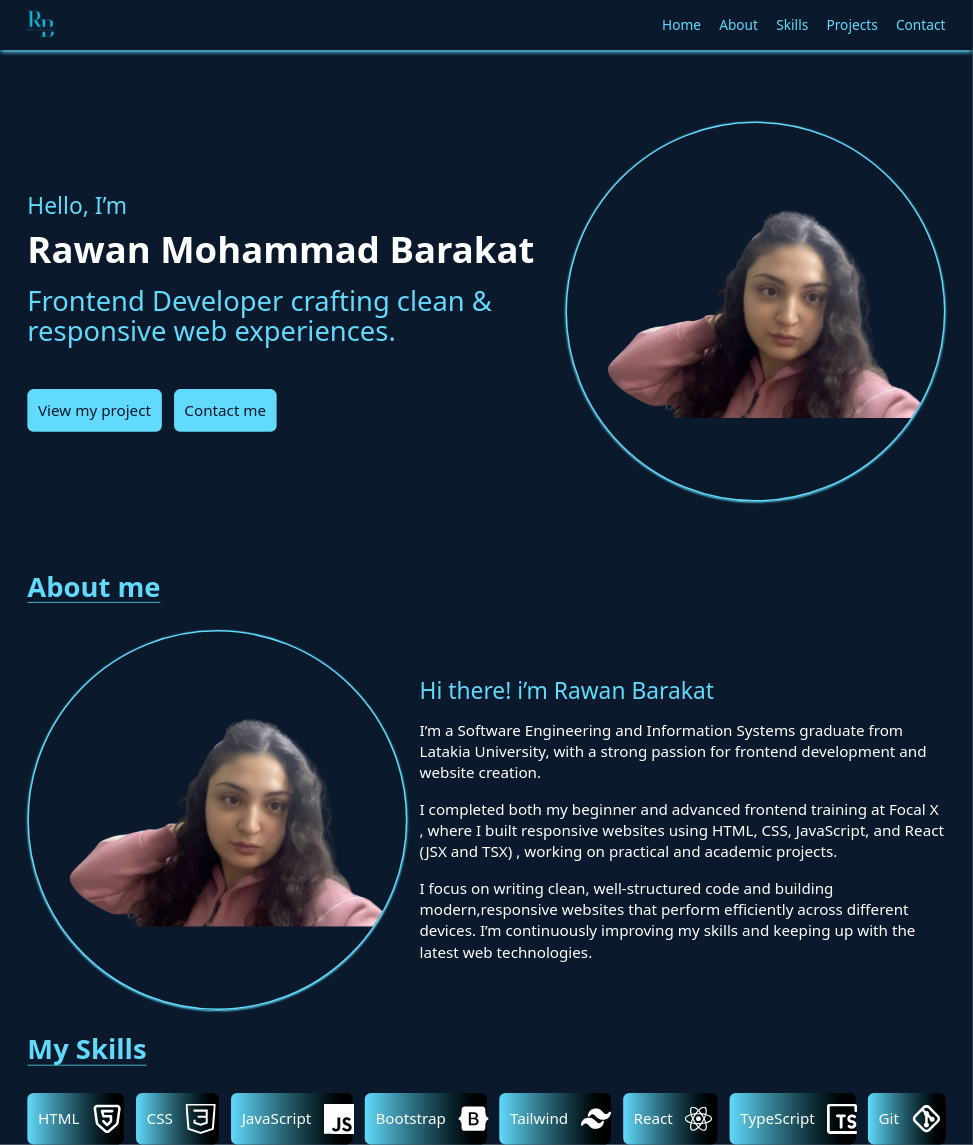
Repository: RawanBarakat-hub/portfolio
Page: /
The author's editor kept a copy of each file at every save. The page is drawn from the files as they stood at one save, then again after the next save.
The browser window is 1280 px wide. The pictures show the whole page, at 76% of full size.
The project was rebuilt for these pictures with package versions that can differ from the ones it lists, and the page was loaded fresh each time. Also part of the build but not shown: vite.config.ts.

Above is the page before, as saved 2026-02-20 09:30:23.

### index.html
<!doctype html>
<html lang="en">
  <head>
    <meta charset="UTF-8" />
    <link rel="icon" type="image/svg+xml" href="/assets/images/photos/logo.png" />
    <meta name="viewport" content="width=device-width, initial-scale=1.0" />
    <title>Rawan's portfolio</title>
  </head>
  <body>
    <div id="root"></div>
    <script type="module" src="/src/main.tsx"></script>
  </body>
</html>

### src/index.css
@import "tailwindcss";
@theme{
    --color-primary-color: #61DAFB;
    --color-background-color: #0b192c;
    --color-hover-color: #85ddf5;
}

### src/App.tsx
import Hero from "./components/Hero"
import Main from "./components/Main"
import NavBar from "./components/NavBar"
import { nav_links } from "./data/data"
import "./index.css"
function App() {

  return (
    <div className="bg-background-color px-9">
      <NavBar logo={{source:"/assets/images/photos/logo.png",alternative:"Logo"}}
      nav_links={nav_links}
      bar_icon={{source:"/assets/images/icons/bars.svg",alternative:"bars"}}
      cancel_icon={{source:"/assets/images/icons/cancel.svg",alternative:"bars"}}
      />
      <Hero/>
      <Main/>
    </div>
  )
}

export default App

### src/components/Hero.tsx
import Image from "./Image"
import LinkBtn from "./LinkBtn"
import WelcomeText from "./WelcomeText"

const Hero = () => {
    return (
        <div className="h-screen pt-35 lg:pt-25 flex flex-col lg:flex-row
        justify-center lg:justify-between items-center gap-5">
            <div className="text-center lg:text-left">
                <WelcomeText text="Hello, I’m"/>
                <h1 className="text-white text-3xl lg:text-5xl mt-3 lg:mt-4
                mb-4 lg:mb-6 font-bold">Rawan Mohammad Barakat</h1>
                <p className="text-primary-color text-2xl lg:text-4xl max-w-2xl
                mb-4 lg:mb-14">Frontend Developer crafting clean & responsive web experiences.</p>
                <div className="flex justify-center lg:justify-start gap-4">
                    <LinkBtn url="" text="View my project"/>
                    <LinkBtn url="" text="Contact me"/>
                </div>
            </div>
            <Image source="/assets/images/photos/rawan.png" alternative="rawan"/>
        </div>
    )
}

export default Hero

### src/components/Main.tsx
import SectionAbout from "./SectionAbout"
import SectionSkills from "./SectionSkills"

const Main = () => {
    return (
        <main>
            <SectionAbout/>
            <SectionSkills/>
        </main>
    )
}

export default Main

### src/components/NavBar.tsx
import { NavLink } from "react-router-dom"
import type { NavProps } from "../interfaces"
import { useState } from "react"

const NavBar = ({logo,nav_links,bar_icon,cancel_icon}:NavProps) => {
    const [show,setShow]=useState<boolean>(true)
    return (
        <div>
            <nav className="flex justify-between pl-5 pr-9 items-center fixed top-0
            w-full left-0 bg-background-color shadow-md shadow-primary-color">
                <div className="">
                    <img className="" src={logo.source} alt={logo.alternative} />
                </div>
                <div className="hidden lg:block">
                    <ul className="flex gap-6">
                        {nav_links?.map((link,index)=>{
                            return <li key={index}>
                                <NavLink className="text-primary-color text-[18px] font-medium"
                                to={link?.url}>{link?.text}</NavLink>
                            </li>
                        })}
                    </ul>
                </div>
                <button onClick={()=>setShow(!show)}
                className="block lg:hidden"><img src={`${show?bar_icon.source:cancel_icon.source}`}
                alt={`${show?bar_icon.alternative:cancel_icon.alternative}`} /></button>
            </nav>
            <div className={`${show ? "-left-full" :"left-1/2"} absolute top-16.5
            -translate-x-1/2 py-3.5 bg-background-color w-full transition-all`}>
                <ul className="text-center">
                        {nav_links?.map((link,index)=>{
                            return <li key={index} className="mb-4">
                                <NavLink className="text-primary-color text-[18px] font-medium"
                                to={link?.url}>{link?.text}</NavLink>
                            </li>
                        })}
                    </ul>
            </div>
        </div>
    )
}

export default NavBar

### src/data/data.ts
export const nav_links=[
    {
        url:"/",
        text:"Home"
    },
    {
        url:"/",
        text:"About"
    },
    {
        url:"/",
        text:"Skills"
    },
    {
        url:"/",
        text:"Projects"
    },
    {
        url:"/",
        text:"Contact"
    }
]
export const skills=[
    {
        image:{
            source:"/assets/images/icons/html.svg",
            alternative:"HTMl icon"
        },
        link:{
            url:"https://www.w3schools.com/html/default.asp",
            text:"HTML"
        }
    },
    {
        image:{
            source:"/assets/images/icons/css3.svg",
            alternative:"CSS icon"
        },
        link:{
            url:"https://www.w3schools.com/css/default.asp",
            text:"CSS"
        }
    },
    {
        image:{
            source:"/assets/images/icons/js.svg",
            alternative:"JavaScript icon"
        },
        link:{
            url:"https://www.w3schools.com/js/default.asp",
            text:"JavaScript "
        }
    },
    {
        image:{
            source:"/assets/images/icons/bootstrap.svg",
            alternative:"Bootstrap icon"
        },
        link:{
            url:"https://www.w3schools.com/bootstrap/bootstrap_ver.asp",
            text:"Bootstrap"
        }
    },
    {
        image:{
            source:"/assets/images/icons/tailwind.svg",
            alternative:"Taileind icon"
        },
        link:{
            url:"https://tailwindcss.com/",
            text:"Tailwind"
        }
    },
    {
        image:{
            source:"/assets/images/icons/react.svg",
            alternative:"React icon"
        },
        link:{
            url:"https://www.w3schools.com/react/default.asp",
            text:"React"
        }
    },
    {
        image:{
            source:"/assets/images/icons/ts.svg",
            alternative:"TypeScript icon"
        },
        link:{
            url:"https://www.w3schools.com/typescript/index.php",
            text:"TypeScript"
        }
    },
    {
        image:{
            source:"/assets/images/icons/git.svg",
            alternative:"Git icon"
        },
        link:{
            url:"https://www.w3schools.com/git/default.asp",
            text:"Git"
        }
    }
]

### src/components/Image.tsx
import type { ImageProps } from '../interfaces'

const Image = ({source,alternative}:ImageProps) => {
    return (
        <div className='w-125 h-125 rounded-full border-2 border-primary-color
            shadow-sm shadow-primary-color flex justify-center items-center overflow-hidden
            shrink-0'>
            <img src={source} alt={alternative} />
        </div>
    )
}

export default Image

### src/components/LinkBtn.tsx
import { Link } from 'react-router-dom'
import { type LinkProps } from '../interfaces'
const LinkBtn = ({url,text,image}:LinkProps) => {
    return (
            <Link className={`${image?"text-white bg-linear-to-r from-primary-color to-black font-medium  hover:scale-120":
                "bg-primary-color hover:bg-hover-color"}
            text-xl text-background-color p-3.5 rounded-lg w-fit flex items-center
            gap-4 transition-all`} to={url}>{text}
            {image && <img className='w-10' src={image?.source} alt={image?.alternative} />}</Link>
    )
}

export default LinkBtn

### src/components/WelcomeText.tsx

const WelcomeText = ({text}:{text:string}) => {
    return (
        <p className="text-primary-color text-xl lg:text-3xl
        font-medium">{text}</p>
    )
}

export default WelcomeText

### src/components/SectionAbout.tsx
import Description from "./Description"
import Image from "./Image"
import TitleSection from "./TitleSection"
import WelcomeText from "./WelcomeText"

const SectionAbout = () => {
    return (
        <section className="py-15 lg:py-8 text-center lg:text-left">
            <TitleSection title="About me"/>
            <div className="flex flex-col lg:flex-row
                justify-center lg:justify-between items-center
                gap-4">
                <Image source="/assets/images/photos/rawan.png" alternative="rawan"/>
                <div className="max-w-3xl">
                    <WelcomeText text="Hi there! i’m Rawan Barakat"/>
                    <Description text="I’m a Software Engineering and Information Systems
                        graduate from Latakia University, with a strong passion
                        for frontend development and website creation."/>
                    <Description text="I completed both my beginner
                        and advanced frontend training at Focal X ,
                        where I built responsive websites using HTML, CSS, JavaScript,
                        and React (JSX and TSX) , working on practical and academic projects."/>
                    <Description text="I focus on writing clean, well-structured
                    code and building modern,responsive websites that perform efficiently across different
                    devices. I’m continuously improving my skills and keeping up with the latest web
                    technologies."/>
                </div>
            </div>
        </section>
    )
}

export default SectionAbout

### src/components/SectionSkills.tsx
import { skills } from "../data/data"
import Container from "./Container"
import LinkBtn from "./LinkBtn"
import TitleSection from "./TitleSection"

const SectionSkills = () => {
    return (
        <section>
            <TitleSection title="My Skills"/>
            <Container>
                {
                    skills.map((skill,index)=>{
                        return <LinkBtn key={index} url={skill.link.url}
                        text={skill.link.text} image={skill.image}/>
                    })
            }
            </Container>
        </section>
    )
}

export default SectionSkills

### src/components/Description.tsx

const Description = ({text}:{text:string}) => {
    return (
        <p className="text-white text-xl mt-5">{text}</p>
    )
}

export default Description

### src/components/TitleSection.tsx
import type { TitleSectionProp } from "../interfaces"

const TitleSection = ({title}:TitleSectionProp) => {
    return (
        <h2 className="text-xl lg:text-4xl text-primary-color font-semibold
        mb-4 lg:mb-9 w-fit border-b border-primary-color">{title}</h2>
    )
}

export default TitleSection

### src/components/Container.tsx
import type { ContainerProps } from "../interfaces"

const Container = ({children}:ContainerProps) => {
    return (
        <div className="flex justify-between gap-4">{children}</div>
    )
}

export default Container

Loaded but not shown: src/main.tsx (common file)

After the next save:
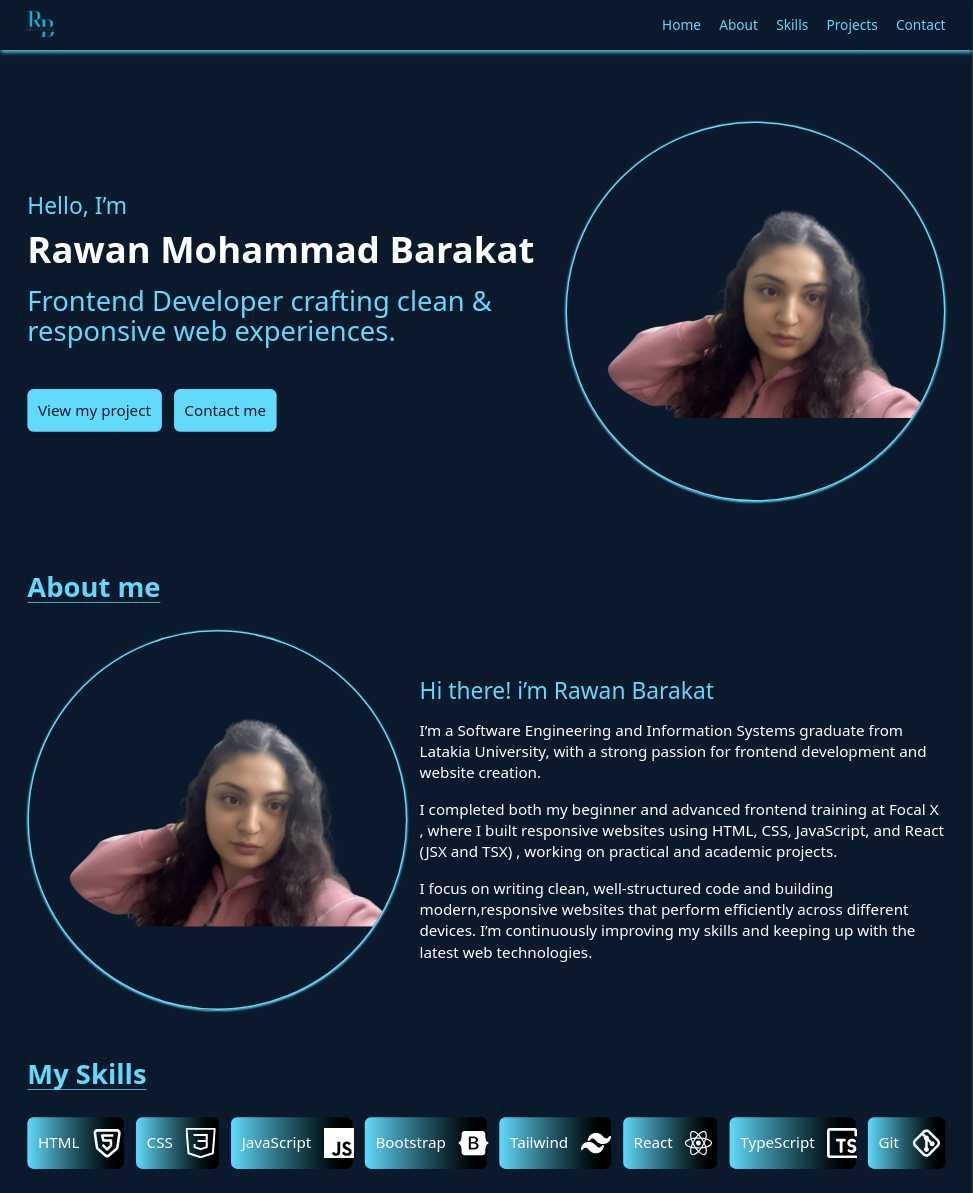
Saved 39 s later.
--- a/src/components/SectionSkills.tsx
+++ b/src/components/SectionSkills.tsx
@@ -5,7 +5,7 @@ import TitleSection from "./TitleSection"
 
 const SectionSkills = () => {
     return (
-        <section>
+        <section className="py-15 lg:py-8 ">
             <TitleSection title="My Skills"/>
             <Container>
                 {
